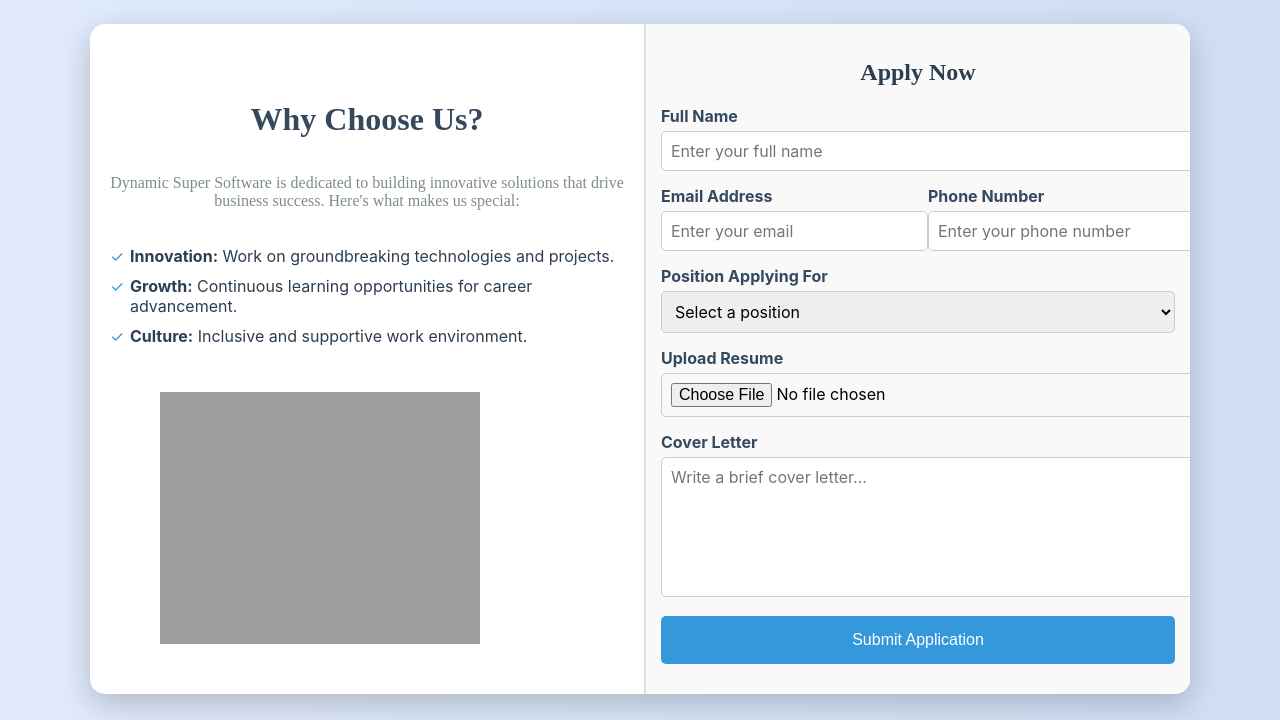
Repository: abhibkop27/CIMDR
Page: src/interview_form.html
An editor plug-in stored every save of this project. The page is shown before and after the next save, followed by the edit.
The browser window is 1280 px wide. The pictures show the whole page.
Pictures or frames that could not be fetched are drawn as grey boxes.

Above is the page before, as saved 2025-01-20 15:43:35.

After the next save:
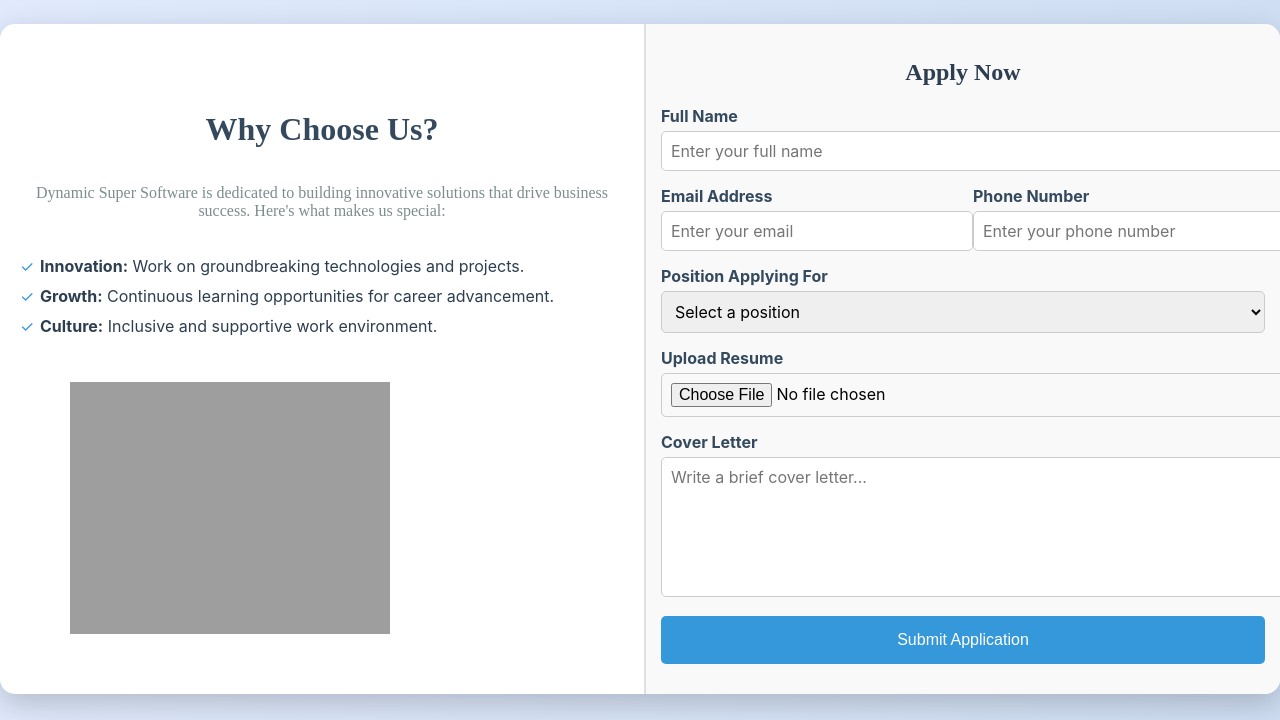
Saved 2 min 6 s later.
--- a/src/interview.css
+++ b/src/interview.css
@@ -32,7 +32,7 @@ body{
 .career-page {
     background: #ffffff;
     width: calc(100vw - 0px);
-    max-width: 1100px;
+    /* max-width: 1100px; */
     border-radius: 15px;
     overflow: hidden;
     box-shadow: 0 10px 30px rgba(0, 0, 0, 0.2);
